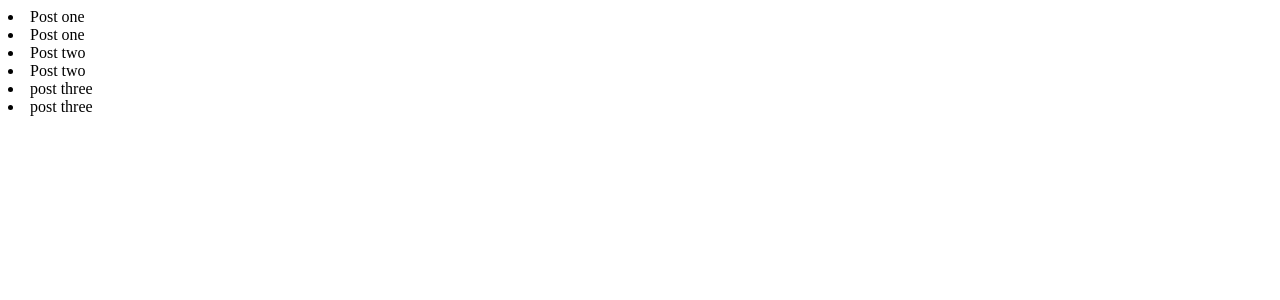
Repository: patrik-fredlund/callbacks-Promises-Async
Page: index.html
An editor plug-in stored every save of this project. The page is shown before and after a run of saves, followed by the edit.
The browser window is 1280 px wide. The pictures show the whole page.

Above is the page before, as saved 2021-03-15 21:46:22.

### index.html
<!DOCTYPE html>
<html lang="en">
<head>
    <meta charset="UTF-8">
    <meta http-equiv="X-UA-Compatible" content="IE=edge">
    <meta name="viewport" content="width=device-width, initial-scale=1.0">
    <title>Document</title>
</head>
<body>

    <!-- <script type="text/javascript" src="callbacks.js"></script> -->
    <script type="text/javascript" src="promises.js"></script>
</body>
</html>

### promises.js
const posts = [
  { title: 'Post one', body: 'this is post one' },
  { title: 'Post two', body: 'this is post two' },
];

function getPosts() {
  setTimeout(() => {
    let output = '';
    posts.forEach((post, index) => {
      output += ` <li>${post.title}</li><li>${post.title}</li>`;
    });
    document.body.innerHTML = output;
  }, 1000);
}

function createPost(post) {
  return new Promise((resolve, reject) => {
    setTimeout(() => {
      posts.push(post);

      const error = false;

      if (!error) {
        resolve();
      } else {
        reject('Error: Something went wrong');
      }
    }, 2000);
  });
}

createPost({ title: 'post three', body: 'this is post three' }).then(getPosts);

After the next 2 saves:
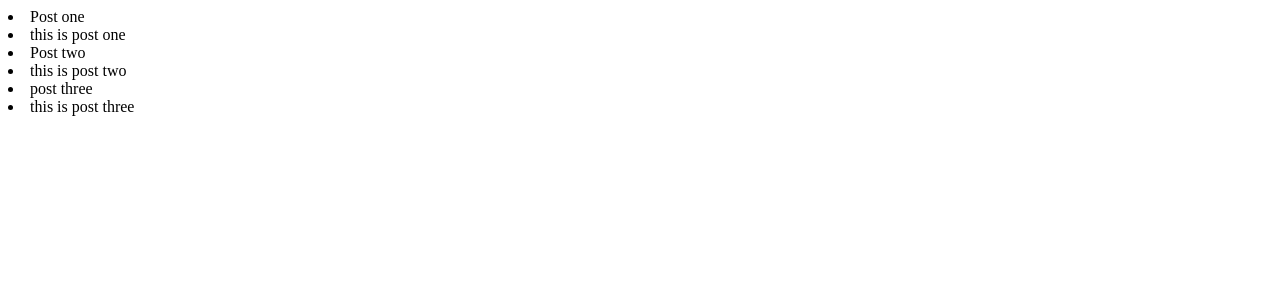
The 2 saves are shown as one change because they came seconds apart.
The last was saved 5 s later.
--- a/promises.js
+++ b/promises.js
@@ -7,7 +7,7 @@ function getPosts() {
   setTimeout(() => {
     let output = '';
     posts.forEach((post, index) => {
-      output += ` <li>${post.title}</li><li>${post.title}</li>`;
+      output += ` <li>${post.title}</li><li>${post.body}</li>`;
     });
     document.body.innerHTML = output;
   }, 1000);
